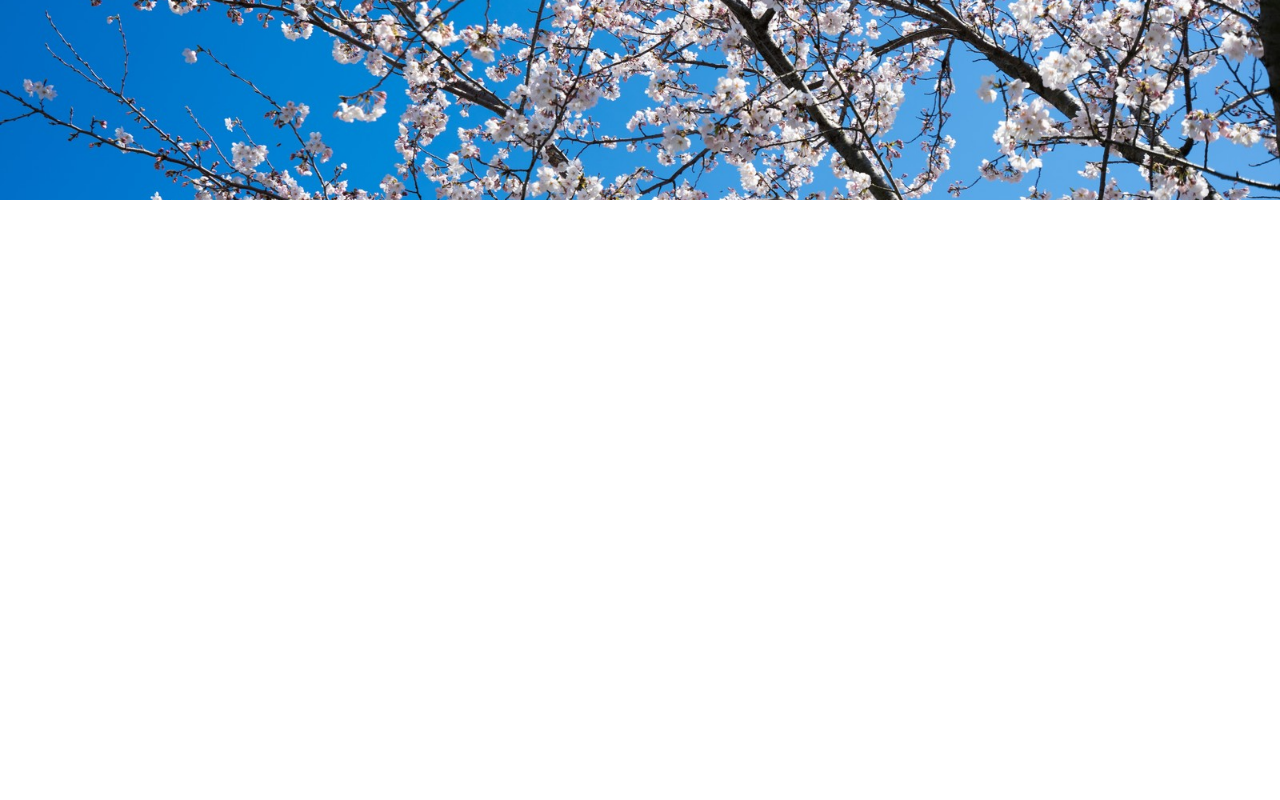
Repository: rascalNoShippo/git-practice
Page: chapter6_exercise/index.html
The author's editor kept a record of every edit. The page is drawn from the files as they stood at one moment, then again after the next edit.
The browser window is 1280 px wide. The pictures show the whole page.

Above is the page before.

### chapter6_exercise/index.html
<!DOCTYPE html>
<html>
  <head>
    <meta charset="utf-8">
    <title>chapter6_exercise</title>
    <link rel="stylesheet" href="style.css" type="text/css" >
  </head>
  <body>
    <div class="bgimg no1"></div>
    <div class="bgimg no2"></div>
    <div class="bgimg no3"></div>
    <div class="bgimg no4"></div>
  </body>
</html>

### chapter6_exercise/style.css
*{
  margin: 0;
  padding: 0;
  box-sizing: border-box;
}

.bgimg{
  height: 200px;
  width: 100%;
  background-size: cover;
  background-position: center;
}

.bgimg.no1{
  background-image: url("image/box1.jpg");
}

.gbimg.no2{
  background-image: url("image/box2.jpg");
}

.gbimg.no3{
  background-image: url("image/box3.jpg");
}

.gbimg.no4{
  background-image: url("image/box4.jpg");
}

After the next edit:
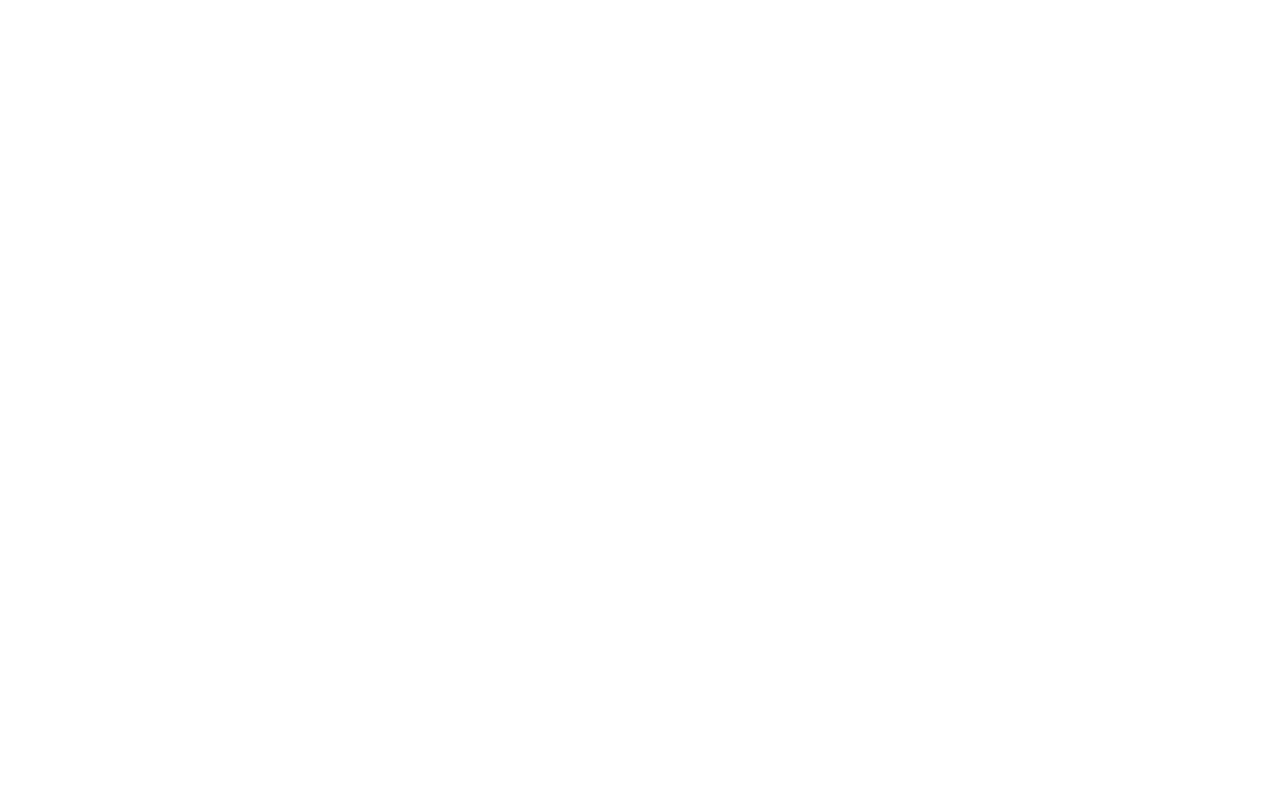
The edit:
--- a/chapter6_exercise/style.css
+++ b/chapter6_exercise/style.css
@@ -11,7 +11,7 @@
   background-position: center;
 }
 
-.bgimg.no1{
+/*.bgimg.no1{
   background-image: url("image/box1.jpg");
 }
 

After the 2 edits that followed:
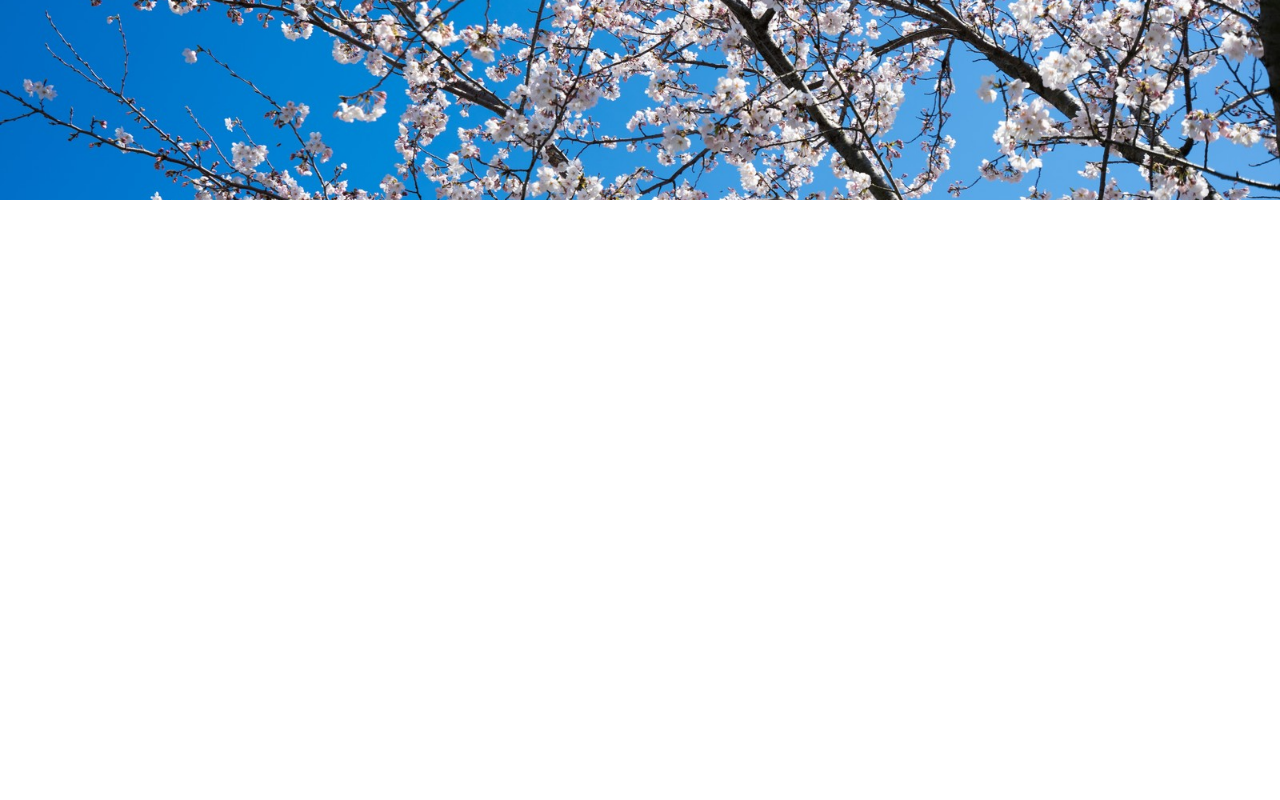
The 2 edits are shown as one change because 1 left the picture as it was.
The edit:
--- a/chapter6_exercise/style.css
+++ b/chapter6_exercise/style.css
@@ -11,9 +11,9 @@
   background-position: center;
 }
 
-/*.bgimg.no1{
+.bgimg.no1{
   background-image: url("image/box1.jpg");
-}
+}*/
 
 .gbimg.no2{
   background-image: url("image/box2.jpg");
